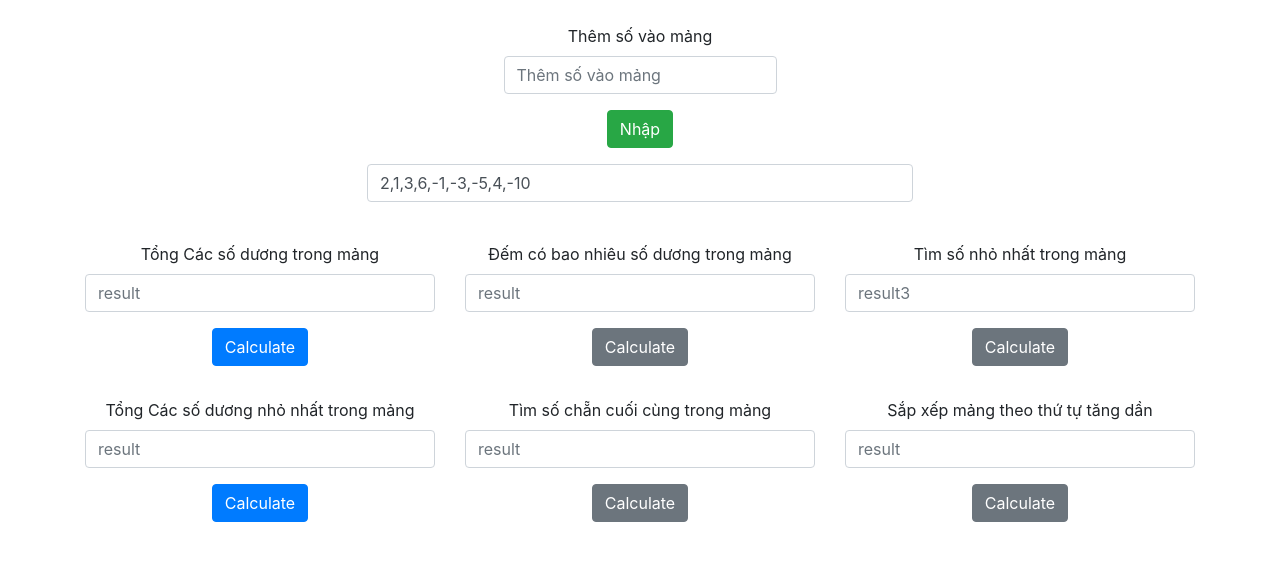
Repository: baobaodeveloper/bootcamp21__array__HuynhAnhBao
Page: index.html
The author's editor kept a copy of each file at every save. The page is drawn from the files as they stood at one save, then again after the next save.
The browser window is 1280 px wide. The pictures show the whole page.

Above is the page before, as saved 2022-03-20 17:22:51.

### index.html
<!DOCTYPE html>
<html lang="en">
  <head>
    <title>JavaScript Array</title>
    <!-- Required meta tags -->
    <meta charset="utf-8" />
    <meta
      name="viewport"
      content="width=device-width, initial-scale=1, shrink-to-fit=no"
    />

    <!-- Bootstrap CSS -->
    <link
      rel="stylesheet"
      href="https://stackpath.bootstrapcdn.com/bootstrap/4.3.1/css/bootstrap.min.css"
      integrity="sha384-ggOyR0iXCbMQv3Xipma34MD+dH/1fQ784/j6cY/iJTQUOhcWr7x9JvoRxT2MZw1T"
      crossorigin="anonymous"
    />
  </head>
  <body>
    <div class="container d-flex justify-content-center align-items-center p-4">
      <div
        class="mb-3 text-center w-50 d-flex flex-column justify-content-center align-items-center"
      >
        <label class="form-label">Thêm số vào mảng</label>
        <input
          type="number"
          class="form-control w-50"
          id="number"
          placeholder="Thêm số vào mảng"
          value=""
        />
        <button type="button" class="btn btn-success m-3" id="input">
          Nhập
        </button>
        <input
          type="text"
          class="form-control d-block w-100"
          id="array-current"
          placeholder="Mảng hiện tại"
        />
      </div>
    </div>

    <div class="container">
      <div class="row">
        <div class="col text-center">
          <label class="form-label">Tổng Các số dương trong mảng</label>
          <input
            type="text"
            class="form-control"
            placeholder="result"
            id="result1"
          />
          <button
            type="button"
            class="btn btn-primary m-3"
            id="calculate-total-positive"
          >
            Calculate
          </button>
        </div>
        <div class="col text-center">
          <label class="form-label">Đếm có bao nhiêu số dương trong mảng</label>
          <input
            type="text"
            class="form-control"
            placeholder="result"
            id="result2"
          />
          <button
            type="button"
            class="btn btn-secondary m-3"
            id="total-number-position"
          >
            Calculate
          </button>
        </div>
        <div class="col text-center">
          <label class="form-label">Tìm số nhỏ nhất trong mảng</label>
          <input
            type="text"
            class="form-control"
            placeholder="result3"
            id="result3"
          />
          <button type="button" class="btn btn-secondary m-3" id="min-number">
            Calculate
          </button>
        </div>
      </div>
    </div>

    <div class="container pt-3">
      <div class="row">
        <div class="col text-center">
          <label class="form-label"
            >Tổng Các số dương nhỏ nhất trong mảng</label
          >
          <input
            type="text"
            class="form-control"
            placeholder="result"
            id="result1"
          />
          <button
            type="button"
            class="btn btn-primary m-3"
            id="calculate-total-positive"
          >
            Calculate
          </button>
        </div>
        <div class="col text-center">
          <label class="form-label">Tìm số chẵn cuối cùng trong mảng</label>
          <input
            type="text"
            class="form-control"
            placeholder="result"
            id="result2"
          />
          <button
            type="button"
            class="btn btn-secondary m-3"
            id="total-number-position"
          >
            Calculate
          </button>
        </div>
        <div class="col text-center">
          <label class="form-label">Sắp xếp mảng theo thứ tự tăng dần</label>
          <input
            type="text"
            class="form-control"
            placeholder="result"
            id="result3"
          />
          <button type="button" class="btn btn-secondary m-3" id="min-number">
            Calculate
          </button>
        </div>
      </div>
    </div>
    <!-- Optional JavaScript -->
    <!-- jQuery first, then Popper.js, then Bootstrap JS -->
    <script
      src="https://code.jquery.com/jquery-3.3.1.slim.min.js"
      integrity="sha384-q8i/X+965DzO0rT7abK41JStQIAqVgRVzpbzo5smXKp4YfRvH+8abtTE1Pi6jizo"
      crossorigin="anonymous"
    ></script>
    <script
      src="https://cdnjs.cloudflare.com/ajax/libs/popper.js/1.14.7/umd/popper.min.js"
      integrity="sha384-UO2eT0CpHqdSJQ6hJty5KVphtPhzWj9WO1clHTMGa3JDZwrnQq4sF86dIHNDz0W1"
      crossorigin="anonymous"
    ></script>
    <script
      src="https://stackpath.bootstrapcdn.com/bootstrap/4.3.1/js/bootstrap.min.js"
      integrity="sha384-JjSmVgyd0p3pXB1rRibZUAYoIIy6OrQ6VrjIEaFf/nJGzIxFDsf4x0xIM+B07jRM"
      crossorigin="anonymous"
    ></script>
    <script src="app.js"></script>
  </body>
</html>

### app.js
// const number = document.getElementById("number");
// let arr = [];
// document.getElementById("input").addEventListener("click", () => {
//   const numberValue = number.value;
//   if (!numberValue) return;

//   arr.push(+numberValue);
//   number.value = "";
//   console.log(arr);
//   document.getElementById("array-current").value = arr.join("  ");
// });
let arr = [2, 1, 3, 6, -1, -3, -5, 4, -10];
document.getElementById("array-current").value = arr;

document
  .getElementById("calculate-total-positive")
  .addEventListener("click", () => {
    const totalArrPositive = arr
      .filter((cur) => cur > 0)
      .reduce((cur, acc) => cur + acc, 0);
    document.getElementById("result1").value = totalArrPositive;
  });

document
  .getElementById("total-number-position")
  .addEventListener("click", () => {
    const totalArrPositive = arr.filter((cur) => cur > 0).length;
    document.getElementById("result2").value = totalArrPositive;
  });
document.getElementById("min-number").addEventListener("click", () => {
  let minNumber = arr[0];
  arr.forEach((num) => {
    if (num < minNumber) minNumber = num;
  });
  document.getElementById("result3").value = minNumber;
});

After the next save:
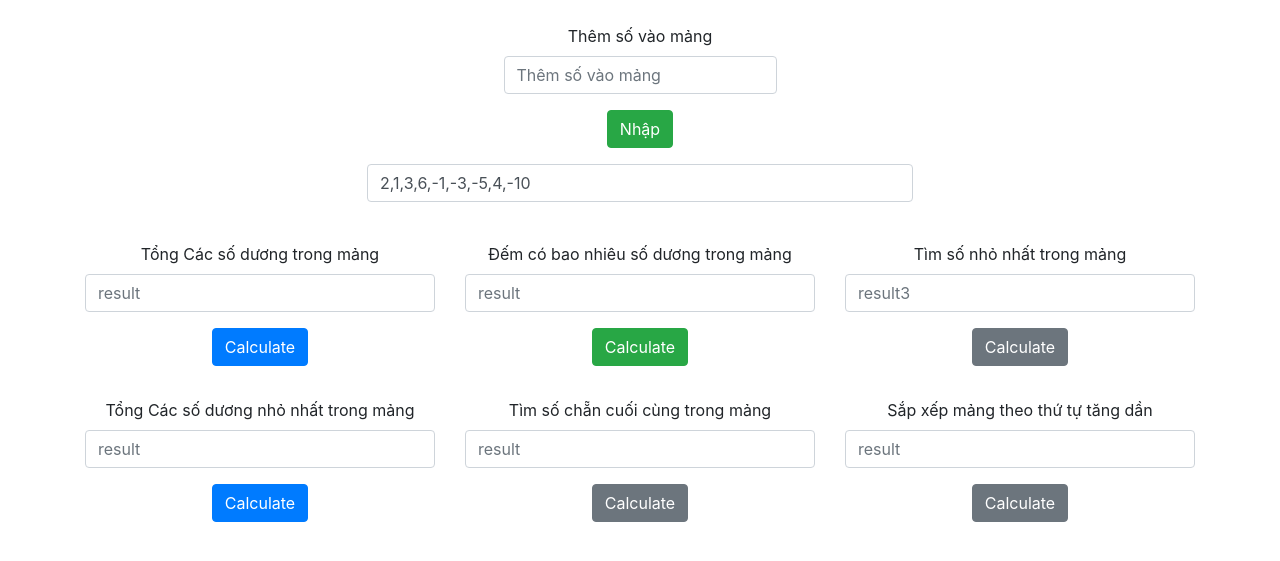
Saved 24 s later.
--- a/index.html
+++ b/index.html
@@ -70,7 +70,7 @@
           />
           <button
             type="button"
-            class="btn btn-secondary m-3"
+            class="btn btn-success m-3"
             id="total-number-position"
           >
             Calculate
